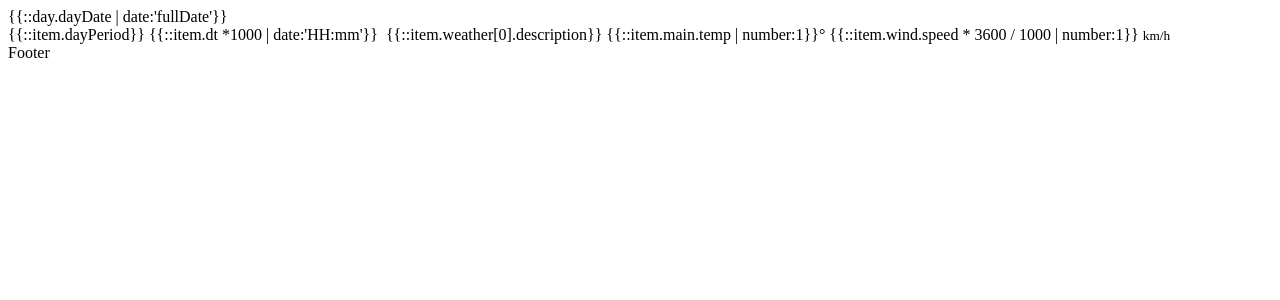
Repository: davideicardi/open-weather
Page: www/templates/home.html
The author's editor kept a record of every edit. The page is drawn from the files as they stood at one moment, then again after the next edit.
The browser window is 1280 px wide. The pictures show the whole page.

Above is the page before.

After the next edit:
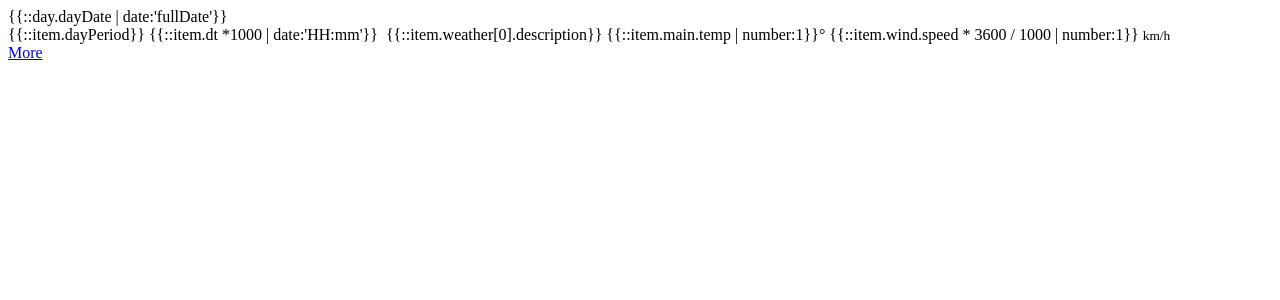
The edit:
--- a/www/templates/home.html
+++ b/www/templates/home.html
@@ -23,11 +23,10 @@
       </div>
     </div>
 
-    <div class="bar bar-footer bar-balanced">
-      <div class="title">Footer</div>
-    </div>
-    <p>
-    </p>
+  </ion-content>
 
-  </ion-content>
+  <div class="bar bar-footer bar-dark">
+    <a href="#" class="title" ng-click="openLink('http://openweathermap.org/city/{{forecast.city.id}}')">More</a>
+  </div>
+
 </ion-view>
